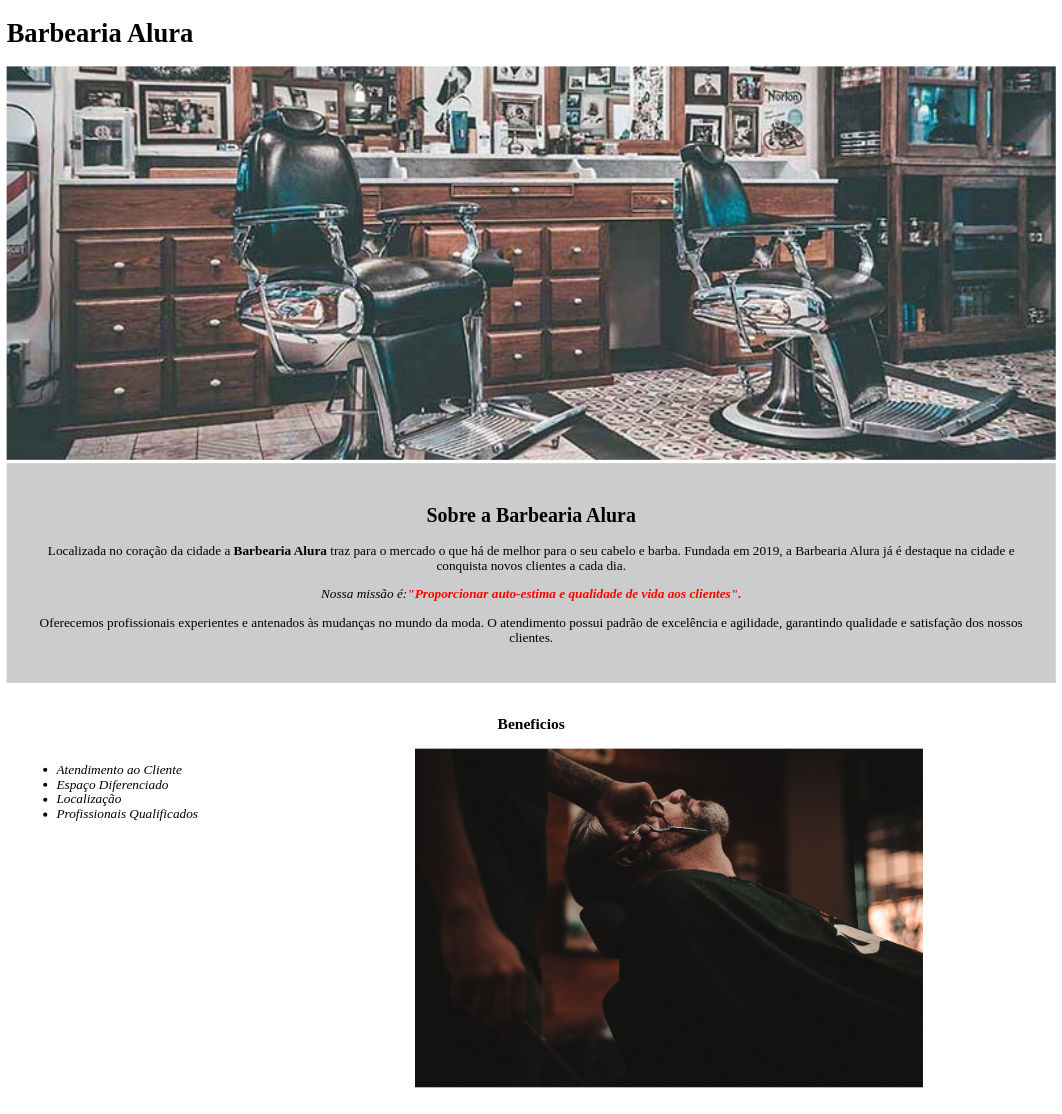
Repository: AnaBerlanda/AulaAlura
Page: index.html
These files come from the project's save history. The page is drawn as it stood at one moment and after the next save; the edit follows.
The browser window is 1280 px wide. The pictures show the whole page, at 83% of full size.

Above is the page before, as saved 2022-04-11 14:54:59.

After the next save:
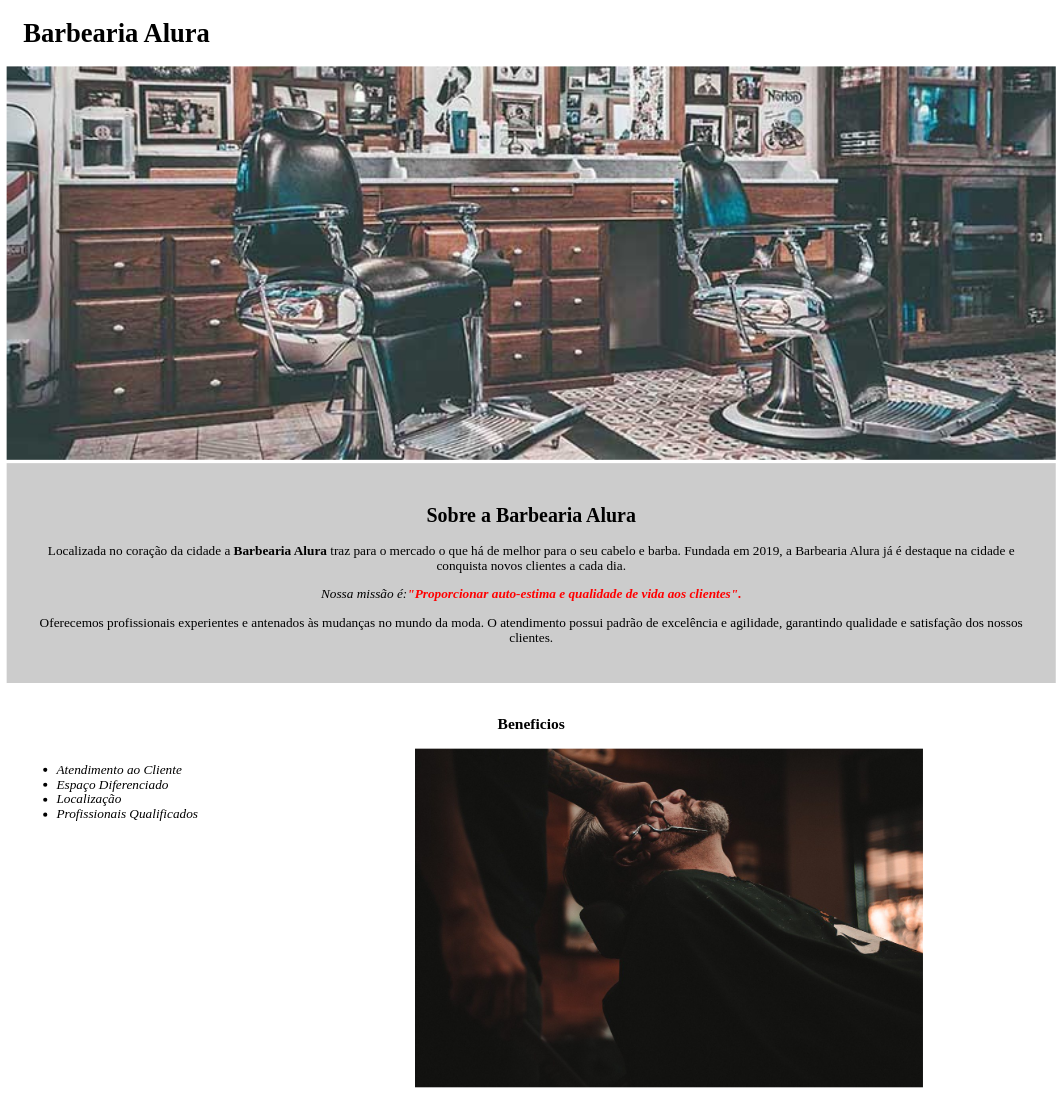
Saved 46 s later.
--- a/index.html
+++ b/index.html
@@ -8,11 +8,10 @@
 </head>
 <body>
     <header>
-        <h1>Barbearia Alura</h1>
+        <h1 class="titulo-principal">Barbearia Alura</h1>
     </header>
     <img id="banner" src="imagem/banner.jpg">
     <div class="principal">
-
         <h2 class="titulo-centralizado">Sobre a Barbearia Alura</h2>
         <p>Localizada no coração da cidade a <strong> Barbearia Alura</strong> traz para o mercado o que há de melhor para o seu cabelo e barba.
         Fundada em 2019, a Barbearia Alura já é destaque na cidade e conquista novos clientes a cada dia.</p>
